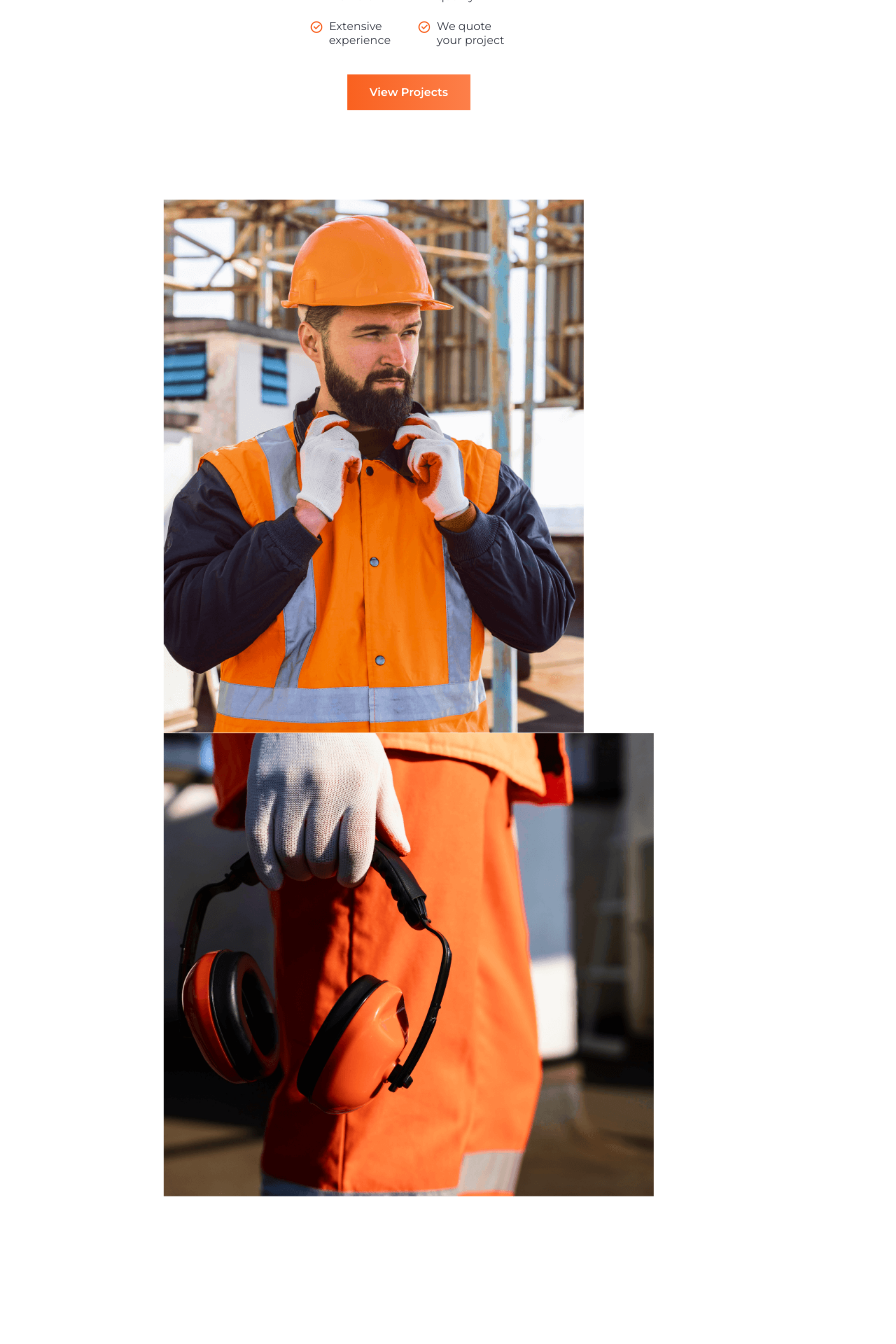
Repository: douglasabnovato/construction
Page: index.html
These files come from the project's save history. The page is drawn as it stood at one moment and after the next save; the edit follows.
The browser window is 1280 px wide. The pictures show the part of the page from y = 2125 to 4045 px (the page is 4139 px tall before and 3377 px after), at 70% of full size.

Above is the page before, as saved 2025-05-01 12:22:12.

### index.html
<!DOCTYPE html>
<html lang="en">
  <head>
    <meta charset="UTF-8" />
    <meta name="viewport" content="width=device-width, initial-scale=1.0" />

    <!--=============== FAVICON ===============-->
    <link
      rel="shortcut icon"
      href="assets/img/favicon.png"
      type="image/x-icon"
    />

    <!--=============== REMIXICONS ===============-->
    <link
      rel="stylesheet"
      href="https://cdnjs.cloudflare.com/ajax/libs/remixicon/4.2.0/remixicon.css"
    />

    <!--=============== SWIPER CSS ===============-->
    <link rel="stylesheet" href="" />

    <!--=============== CSS ===============-->
    <link rel="stylesheet" href="assets/css/styles.css" />

    <title>Construction</title>
  </head>
  <body>
    <!--==================== HEADER ====================-->
    <header class="header bg-header" id="header">
      <nav class="nav container">
        <a href="#" class="nav__logo">
          <i class="ri-bulding-3-line"></i>
          <span>Construct</span>
        </a>
        <div class="nav__menu" id="nav-menu">
          <u class="nav__list">
            <li>
              <a href="#home" class="nav__link">Home</a>
            </li>
            <li>
              <a href="#aboutus" class="nav__link"> About Us</a>
            </li>
            <li>
              <a href="#services" class="nav__link"> Services</a>
            </li>
            <li>
              <a href="#projects" class="nav__link"> Projects</a>
            </li>
            <li>
              <a href="#contactus" class="nav__link button"> Contact Us</a>
            </li>
          </u>
          <!-- Close Button -->
          <div class="nav__close" id="nav-close">
            <i class="ri-close-large-line"></i>
          </div>
        </div>
        <!-- Toggle menu -->
        <div class="nav__toggle" id="nav-toggle">
          <i class="ri-apps-2-line"></i>
        </div>
      </nav>
    </header>

    <!--==================== MAIN ====================-->
    <main class="main">
      <!--==================== HOME ====================-->
      <section class="home section" id="home">
        <img
          src="./assets/img/home-lines-bg.svg"
          alt="image"
          class="home__lines"
        />
        <div class="home__container container grid">
          <div class="home__container grid">
            <div class="home__data">
              <h1 class="home__title">
                Create The<br />
                Constructions<br />
                You Want Here
              </h1>
              <p class="home__description">
                We provide the best home design, construction and maintenance
                services for you and your family.
              </p>
              <div class="home__buttons">
                <a href="#services" class="button">Our Services</a>
                <a href="#projects" class="button__link"
                  ><span>View Projects</span> <i class="ri-arrow-right-line"></i
                ></a>
              </div>
            </div>
            <div class="home__info">
              <div>
                <h3 class="home__info-title">10+</h3>
                <p class="home__info-description">
                  Years of <br />
                  Experience
                </p>
              </div>
              <div>
                <h3 class="home__info-title">200</h3>
                <p class="home__info-description">
                  Complete <br />
                  Projects
                </p>
              </div>
            </div>
          </div>
          <div class="home__images">
            <img src="./assets/img/home-img-1.png" alt="imagem" />
            <img src="./assets/img/home-img-2.png" alt="imagem" />
          </div>
        </div>
      </section>

      <!--==================== ABOUT ====================-->
      <section class="about section" id="about">
        <div class="about__container container grid">
          <div class="about__data">
            <span class="section__subtitle">ABOUT US</span>
            <h2 class="section__title">
              We Provide The Best <br />
              Service To Build
            </h2>
            <p class="about__description">
              We strive to provide the best professionals to make your project a
              construction masterpiece, something unique and unmatched.
            </p>
            <ul class="about__list grid">
              <li class="about__list-item">
                <i class="ri-checkbox-circle-line"></i>
                <span>Professional workers</span>
              </li>
              <li class="about__list-item">
                <i class="ri-checkbox-circle-line"></i>
                <span>Guaranteed quality</span>
              </li>
              <li class="about__list-item">
                <i class="ri-checkbox-circle-line"></i>
                <span>Extensive experience</span>
              </li>
              <li class="about__list-item">
                <i class="ri-checkbox-circle-line"></i>
                <span>We quote your  project</span>
              </li>
            </ul>
            <a href="#" class="button">View Projects</a>
          </div>
          <div class="about__images">
            <img src="./assets/img/about-img-1.png" alt="image" class="about__img-1">
            <img src="./assets/img/about-img-2.png" alt="image" class="about__img-2">
          </div>
        </div>
      </section>

      <!--==================== SERVICES ====================-->
      <section class="services section" id="services"></section>

      <!--==================== PROJECTS ====================-->
      <section class="projects section" id="projects"></section>

      <!--==================== CONTACT ====================-->
      <section class="contact section" id="contact"></section>
    </main>

    <!--==================== FOOTER ====================-->
    <footer class="footer"></footer>

    <!--========== SCROLL UP ==========-->

    <!--=============== SCROLLREVEAL ===============-->
    <script src=""></script>

    <!--=============== SWIPER JS ===============-->
    <script src=""></script>

    <!--=============== MAIN JS ===============-->
    <script src="assets/js/main.js"></script>
  </body>
</html>

### assets/css/styles.css
/*=============== GOOGLE FONTS ===============*/
@import url("https://fonts.googleapis.com/css2?family=Montserrat:wght@100..900&display=swap");

/*=============== VARIABLES CSS ===============*/
:root {
  --header-height: 3.5rem;

  /*========== Colors ==========*/
  /*Color mode HSL(hue, saturation, lightness)*/
  --first-color: hsl(18, 95%, 55%);
  --second-color: hsl(42, 98%, 52%);
  --first-gradient: linear-gradient(
    90deg,
    hsl(18, 95%, 55%),
    hsl(18, 98%, 64%)
  );
  --title-color: hsl(255, 12%, 12%);
  --text-color: hsl(225, 12%, 24%);
  --text-color-light: hsl(255, 4%, 70%);
  --body-color: hsl(0, 0%, 100%);
  --container-color: hsl(0, 0%, 100%);
  --white-color: hsl(0, 0%, 100%);
  --black-color: hsl(255, 20%, 10%);
  --gray-border: hsl(255, 6%, 90%);
  --black-border: hsl(255, 10%, 20%);

  /*========== Font and typography ==========*/
  /*.5rem = 8px | 1rem = 16px ...*/
  --body-font: "Montserrat", sans-serif;
  --big-font-size: 2.25rem;
  --h1-font-size: 1.5rem;
  --h2-font-size: 1.25rem;
  --h3-font-size: 1rem;
  --normal-font-size: 0.938rem;
  --small-font-size: 0.813rem;

  /*========== Font weight ==========*/
  --font-regular: 400;
  --font-medium: 500;
  --font-semi-bold: 600;
  --font-bold: 700;

  /*========== z index ==========*/
  --z-tooltip: 10;
  --z-fixed: 100;
}

/*========== Responsive typography ==========*/
@media screen and (min-width: 1150px) {
  :root {
    --big-font-size: 3.5rem;
    --h1-font-size: 2.25rem;
    --h2-font-size: 1.5rem;
    --h3-font-size: 1.25rem;
    --normal-font-size: 1rem;
    --small-font-size: 0.875rem;
  }
}

/*=============== BASE ===============*/
* {
  box-sizing: border-box;
  padding: 0;
  margin: 0;
}

html {
  scroll-behavior: smooth;
}

body {
  font-family: var(--body-font);
  font-size: var(--normal-font-size);
  background-color: var(--body-color);
  color: var(--text-color);
}

h1,
h2,
h3,
h4 {
  color: var(--title-color);
  font-weight: var(--font-semi-bold);
}

ul {
  list-style: none;
}

a {
  text-decoration: none;
}

img {
  display: block;
  max-width: 100%;
  height: auto;
}

/*=============== REUSABLE CSS CLASSES ===============*/
.container {
  max-width: 1120px;
  margin-inline: 1.5rem;
}

.grid {
  display: grid;
  gap: 1.5rem;
}

.section {
  padding-block: 5rem 1rem;
}
.section__title,
.section__subtitle {
  text-align: center;
}

.section__title {
  font-size: var(--h1-font-size);
  font-weight: var(--font-bold);
  margin-bottom: 1.5rem;
}

.section__subtitle {
  display: block;
  font-size: var(--normal-font-size);
  font-weight: var(--font-semi-bold);
  color: var(--second-color);
  margin-bottom: 0.5rem;
}

.main {
  overflow: hidden;
}

/*=============== HEADER & NAV ===============*/
.header {
  position: fixed;
  width: 100%;
  top: 0;
  left: 0;
  background-color: transparent;
  z-index: var(--z-fixed);
  transition: background-color .4s;
}

.nav {
  position: relative;
  height: var(--header-height);
  display: flex;
  justify-content: space-between;
  align-items: center;
}

.nav__logo {
  display: flex;
  align-items: center;
  column-gap: 0.25rem;
}

.nav__logo span {
  color: var(--white-color);
  font-weight: var(--font-semi-bold);
  transition: color 0.4s;
}

.nav__logoi i {
  color: var(--first-color);
  font-size: 1.5rem;
}

.nav__toggle,
.nav__close {
  font-size: 1.5rem;
  color: var(--white-color);
  cursor: pointer;
  transition: color 0.4s;
}

/* Navigation for mobile devices */
@media screen and (max-width: 1150px) {
  .nav__menu {
    position: fixed;
    top: 0;
    right: -100%;
    background-color: var(--black-color);
    width: 80%;
    height: 100%;
    padding: 7.5rem 3.5rem 0;
    border-left: 2px solid var(--black-border);
    transition: right 0.4s;
  }
}

.nav__list {
  display: flex;
  flex-direction: column;
  row-gap: 4rem;
}

.nav__link {
  color: var(--text-color-light);
  font-weight: var(--font-semi-bold);
  transition: color 0.4s;
}

.nav__link:hover {
  color: var(--first-color);
}

.nav__close {
  position: absolute;
  top: 1rem;
  right: 1.5rem;
}

/* Show menu */
.show-menu {
  right: 0;
}

/* Change background header */
.bg-header{
  background-color: var(--body-color);
  box-shadow: 0 4px 16px hsla(255, 90%, 8%, .1);
}

.bg-header .nav__logo span,
.bg-header .nav__toggle{
  color: var(--title-color);
}

/* Active link */

/*=============== HOME ===============*/
.home {
  position: relative;
  background-color: var(--black-color);
}

.home__container {
  position: relative;
  row-gap: 3rem;
  padding-block: 2.5rem 6rem;
}

.home__content {
  row-gap: 2.5rem;
}

.home__data {
  text-align: center;
}

.home__title {
  color: var(--white-color);
  font-size: var(--big-font-size);
  font-weight: var(--font-bold);
  margin-bottom: 1rem;
}

.home__description{
  margin-bottom: 2.5rem;
  color: var(--text-color-light);
}

.home_buttons{
  display: flex;
  justify-content: center;
  align-items: center;
  gap: 1rem;
}

.home__info{
  display: flex;
  justify-content: center;
  column-gap: 4.5rem;
}

.home__info-title{
  color: var(--second-color);
  font-size: var(--big-font-size);
  font-weight: var(--font-bold);
  margin-bottom: .5rem;
}

.home__info-description{
  font-size: var(--small-font-size);
  color: var(--white-color);
}

.home__images{
  position: relative;
  justify-self: center;
}

.home__img-1{
  width: 250px;
  margin-left: 3.5rem;
}

.home__img-2{
  width: 150px;
  border: 5px solid var(--black-color);
  position: absolute;
  left: 0;
  bottom: -3.5rem;
}

.home__lines{
  position: absolute;
  top: 0;
  left: 0;
  width: 100%;
  height: 100%;
  object-fit: cover;
  object-position: right;
}

/*=============== BUTTON ===============*/
.button {
  display: inline-flex;
  background: var(--first-gradient);
  color: var(--white-color);
  font-weight: var(--font-semi-bold);
  padding: 1rem 2rem;
  transition: box-shadow .4s;
}

.button:hover{
  box-shadow: 0 8px 32px hsla(18, 95%, 55%, .3);
  color: var(--white-color);
}

.button__link {
  display: flex;
  align-items: center;
  column-gap: .25rem;
  color: var(--first-color);
}

.button__link span{
  font-weight: var(--font-semi-bold);
}

.button__link i {
  font-size: 1.5rem;
  transition: transform .4s;
}

.button__link:hover i {
  transform: translateX(.25rem)
}

/*=============== ABOUT ===============*/
.about__container {
  row-gap: 8rem;
}

.about__data {
  text-align: center;
}

.about__description {
  margin-bottom: 2rem;
}

.about__list {
  text-align: initial;
  grid-template-columns: repeat(2, 130px);
  justify-content: center;
  gap: 1.5rem;
  margin-bottom: 2.5rem;
}

.about__list-item {
  display: flex;
  column-gap: .5rem;
  color: var(--tittle-color);
}

.about__list-item i {
  font-size: 1.25rem;
  color: var(--first-color);
}

.about__images{
  position: relative;
  justify-self: center;
}


/*=============== SERVICES ===============*/

/* Swiper class */

/*=============== PROJECTS ===============*/

/*=============== CONTACT ===============*/

/*=============== FOOTER ===============*/

/*=============== SCROLL BAR ===============*/

/*=============== SCROLL UP ===============*/

/* Show Scroll Up */

/*=============== BREAKPOINTS ===============*/
/* For small devices */

/* For medium devices */

/* For large devices */

### assets/js/main.js
/*=============== SHOW MENU ===============*/
const navMenu = document.getElementById('nav-menu'),
      navToggle = document.getElementById('nav-toggle'),
      navClose = document.getElementById('nav-close')

/* Menu show */
if(navToggle){
    navToggle.addEventListener('click', () =>{
        navMenu.classList.add('show-menu')
    })
}

/* Menu hidden */
if(navClose){
    navClose.addEventListener('click', () =>{
        navMenu.classList.remove('show-menu')
    })
}

/*=============== REMOVE MENU MOBILE ===============*/
const navLink = document.querySelectorAll('.nav__link')

const linkAction = () =>{
    const navMenu = document.getElementById('nav-menu')
    // When we click on each nav__link, we remove the show-menu class
    navMenu.classList.remove('show-menu')
}
navLink.forEach(n => n.addEventListener('click', linkAction))


/*=============== CHANGE BACKGROUND HEADER ===============*/
const bgHeader = () =>{
    const header = document.getElementById('header')
    // Add a class if the bottom offset is greater than 50 of the viewport
    this.scrollY >= 50 ? header.classList.add('bg-header')
                       : header.classList.remove('bg-header')
}
window.addEventListener('scroll', bgHeader)
bgHeader()

/*=============== SWIPER SERVICES ===============*/

/*=============== SHOW SCROLL UP ===============*/

/*=============== SCROLL SECTIONS ACTIVE LINK ===============*/

/*=============== SCROLL REVEAL ANIMATION ===============*/

After the next save:
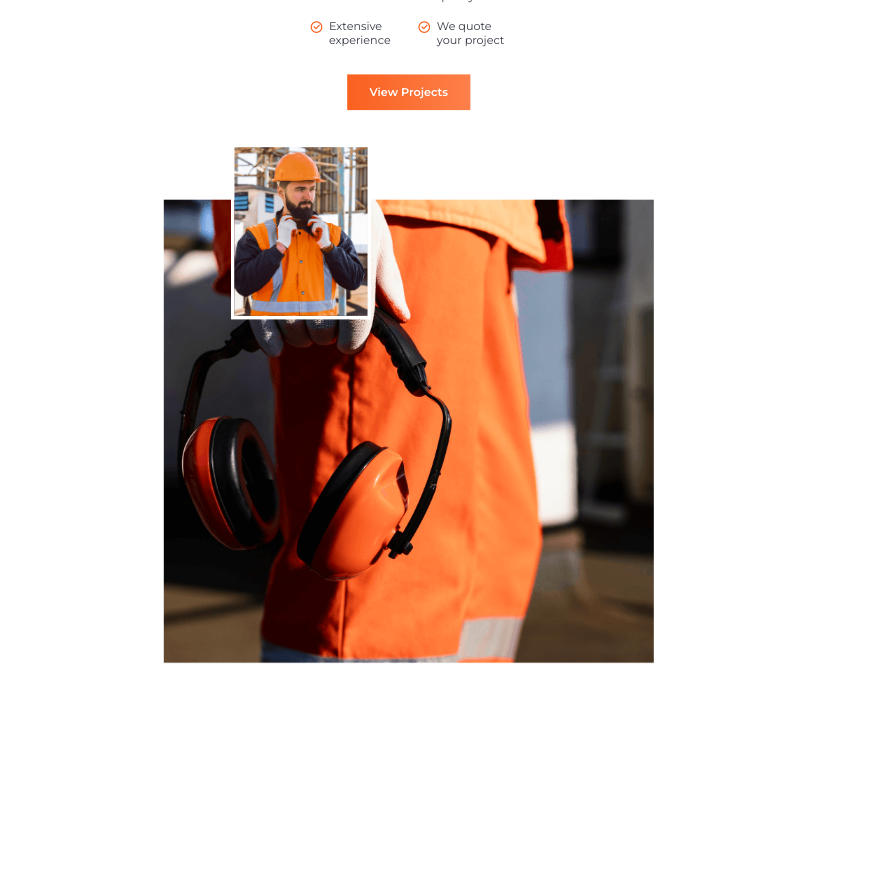
Saved 81 s later.
--- a/assets/css/styles.css
+++ b/assets/css/styles.css
@@ -390,6 +390,14 @@
   justify-self: center;
 }
 
+.about__img-1 {
+  width: 200px;
+  border: 5px solid var(--body-color);
+  position: absolute;
+  top: -5rem;
+  left: 6rem;
+}
+
 
 /*=============== SERVICES ===============*/
 
